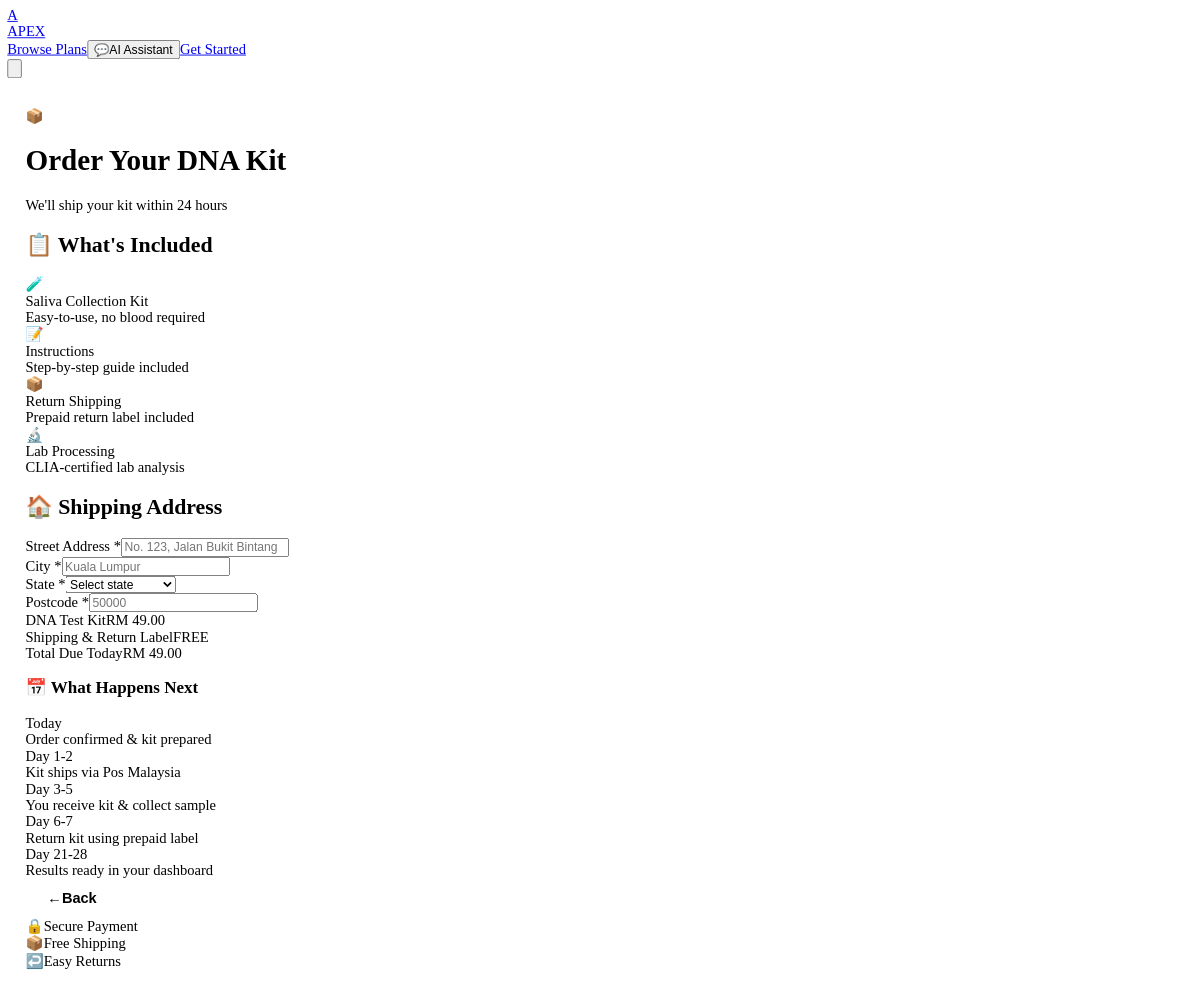
Repository: hmhhmm/Apex-AI-Driven-Insurance-Recommendation-System
Page: /onboarding/dna-test/order-kit (app in client/)
An editor plug-in stored every save of this project. The page is shown before and after the next save, followed by the edit.
The browser window is 1280 px wide. The page is 1312 px wide, so the pictures cover 1312 px, including what lies to the right of the window. The pictures show the whole page, at 91% of full size.
The project was rebuilt for these pictures with package versions that can differ from the ones it lists, and the page was loaded fresh each time. Also part of the build but not shown: client/src/components/chat/ChatHeader.tsx, client/src/components/chat/ChatMessages.tsx, client/src/components/chat/QuickActions.tsx, client/src/components/chat/ChatInput.tsx, client/src/pages/Landing.tsx, client/src/pages/Dashboard.tsx, client/src/pages/Claims.tsx, client/src/store/cartStore.ts and 9 more.

Above is the page before, as saved 2025-11-01 19:36:54.

After the next save:
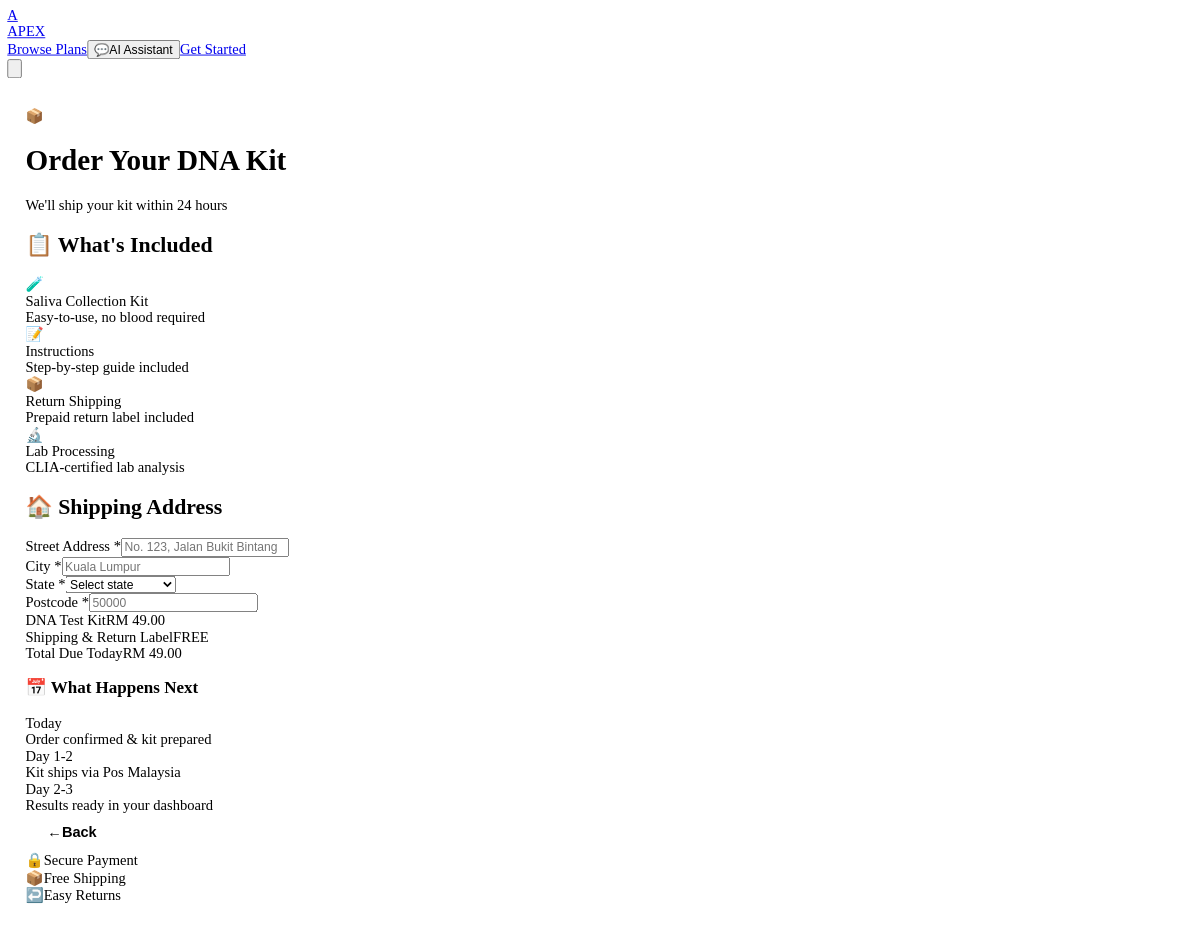
Saved 5 min 10 s later.
--- a/client/src/pages/onboarding/DNATestOptions/OrderKit.tsx
+++ b/client/src/pages/onboarding/DNATestOptions/OrderKit.tsx
@@ -205,9 +205,7 @@ export default function OrderKit() {
               {[
                 { day: 'Today', action: 'Order confirmed & kit prepared' },
                 { day: 'Day 1-2', action: 'Kit ships via Pos Malaysia' },
-                { day: 'Day 3-5', action: 'You receive kit & collect sample' },
-                { day: 'Day 6-7', action: 'Return kit using prepaid label' },
-                { day: 'Day 21-28', action: 'Results ready in your dashboard' }
+                { day: 'Day 2-3', action: 'Results ready in your dashboard' }
               ].map((step, i) => (
                 <div key={i} className="flex items-start gap-3">
                   <div className="w-2 h-2 bg-blue-500 rounded-full mt-2"></div>
